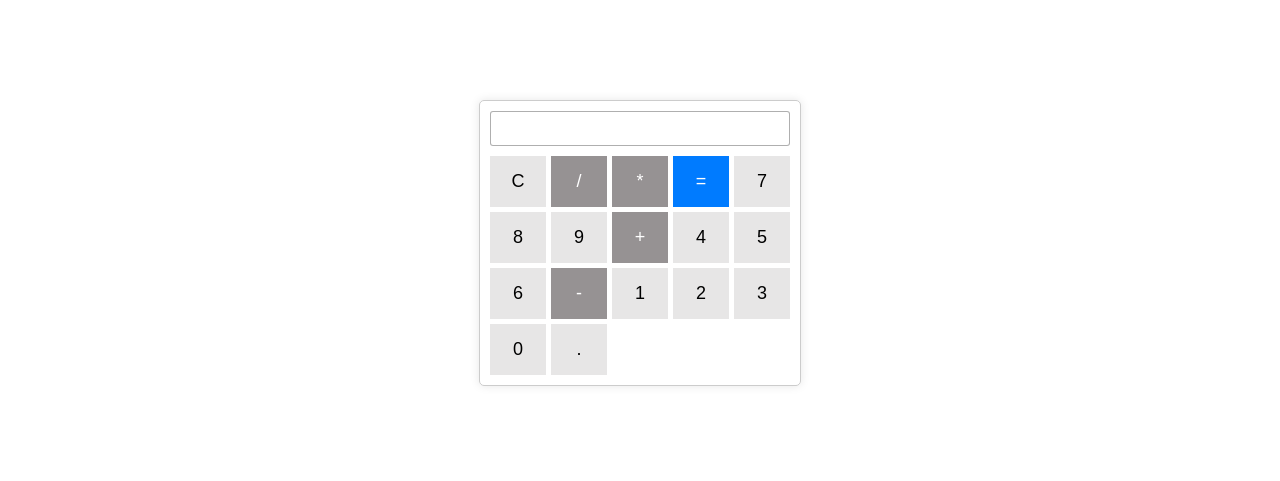
Repository: om9011/calculator
Page: index.html
An editor plug-in stored every save of this project. The page is shown before and after the next save, followed by the edit.
The browser window is 1280 px wide. The pictures show the whole page.

Above is the page before, as saved 2024-02-21 11:16:49.

### index.html
<!DOCTYPE html>
<html lang="en">
<head>
  <meta charset="UTF-8">
  <meta name="viewport" content="width=device-width, initial-scale=1.0">
  <title>Calculator</title>
  <link rel="stylesheet" href="styles.css">
</head>
<body>
  <div class="calculator">
    <input type="text" id="display" readonly>
    <div class="buttons">
      <button onclick="clearDisplay()">C</button>
      <button class="operator" onclick="appendToDisplay('/')">/</button>
      <button class="operator" onclick="appendToDisplay('*')">*</button>
      <button class="calculate" onclick="calculate()">=</button>

      <button onclick="appendToDisplay('7')">7</button>
      <button onclick="appendToDisplay('8')">8</button>
      <button onclick="appendToDisplay('9')">9</button>
      <button class="operator" onclick="appendToDisplay('+')">+</button>

      <button onclick="appendToDisplay('4')">4</button>
      <button onclick="appendToDisplay('5')">5</button>
      <button onclick="appendToDisplay('6')">6</button>
      <button class="operator" onclick="appendToDisplay('-')">-</button>

      <button onclick="appendToDisplay('1')">1</button>
      <button onclick="appendToDisplay('2')">2</button>
      <button onclick="appendToDisplay('3')">3</button>
      <button onclick="appendToDisplay('0')">0</button>

      <button onclick="appendToDisplay('.')">.</button>
    </div>
  </div>
  <script src="script.js"></script>
</body>
</html>

### styles.css
.calculator {
  width: 300px;
  margin: 100px auto;
  border: 1px solid #ccc;
  padding: 10px;
  border-radius: 5px;
  box-shadow: 0 0 10px rgba(0, 0, 0, 0.1);
}

#display {
  width: calc(100% - 12px);
  margin-bottom: 10px;
  padding: 5px;
  font-size: 20px;
  border: 1.5px solid rgba(77, 77, 77, 0.447)  ;
  border-radius: 3px;
  outline: none;
}

.buttons {
  display: grid;
  grid-template-columns: repeat(5, 1fr);
  gap: 5px;
}

button {
  padding: 15px;
  font-size: 18px;
  border: none;
  outline: none;
  cursor: pointer;
  background-color: #e7e6e6;
  transition: background-color 0.3s ease;
}

button:hover {
  background-color: #e9ecef;
  color: black;
}

.operator {
  background-color: #969293;
  color: #fff;
}

.calculate {
  background-color: #007bff;
  color: #fff;
}

### script.js
function appendToDisplay(value) {
    document.getElementById('display').value += value;
  }

  function clearDisplay() {
    document.getElementById('display').value = '';
  }

  function calculate() {
    var display = document.getElementById('display');
    try {
      display.value = eval(display.value);
    } catch (error) {
      display.value = 'Error';
    }
  }

After the next save:
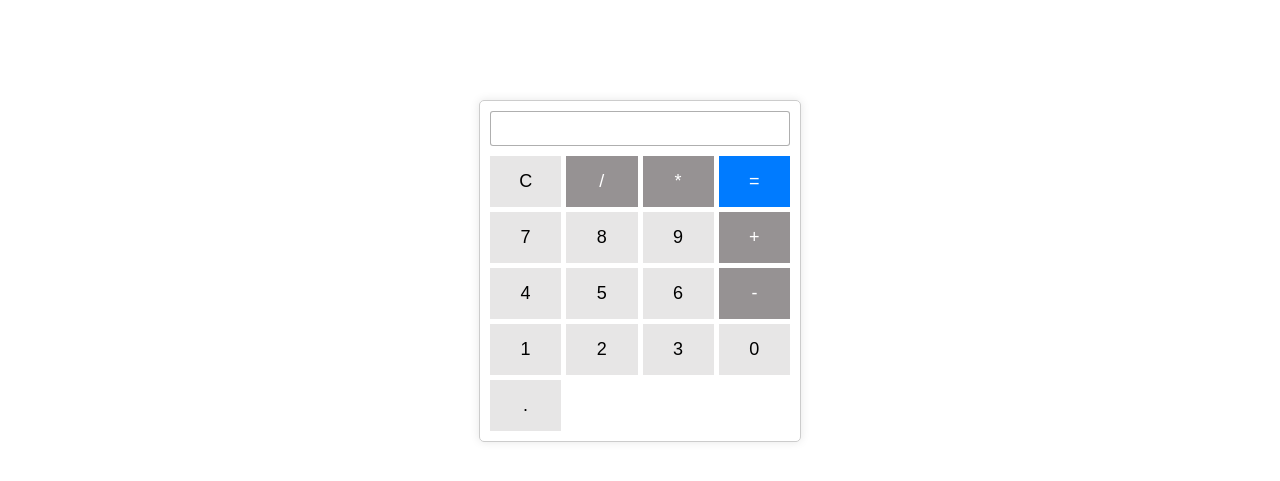
Saved 5 s later.
--- a/styles.css
+++ b/styles.css
@@ -19,7 +19,7 @@
 
 .buttons {
   display: grid;
-  grid-template-columns: repeat(5, 1fr);
+  grid-template-columns: repeat(4, 1fr);
   gap: 5px;
 }
 
